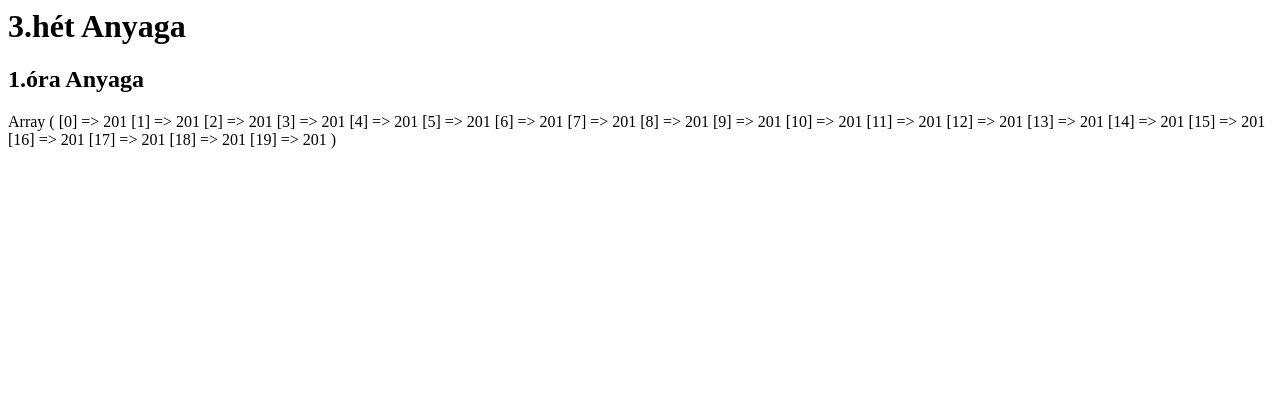
Repository: doomhyena/htdocs
Page: http://localhost/03.Week/index.php
The author's editor kept a copy of each file at every save. The page is drawn from the files as they stood at one save, then again after the next save.
The browser window is 1280 px wide. The pictures show the whole page.
The page is run by PHP 8.4 with error messages shown; the project is at /var/www/html/.

Above is the page before, as saved 2024-09-16 12:14:31.

After the next save:
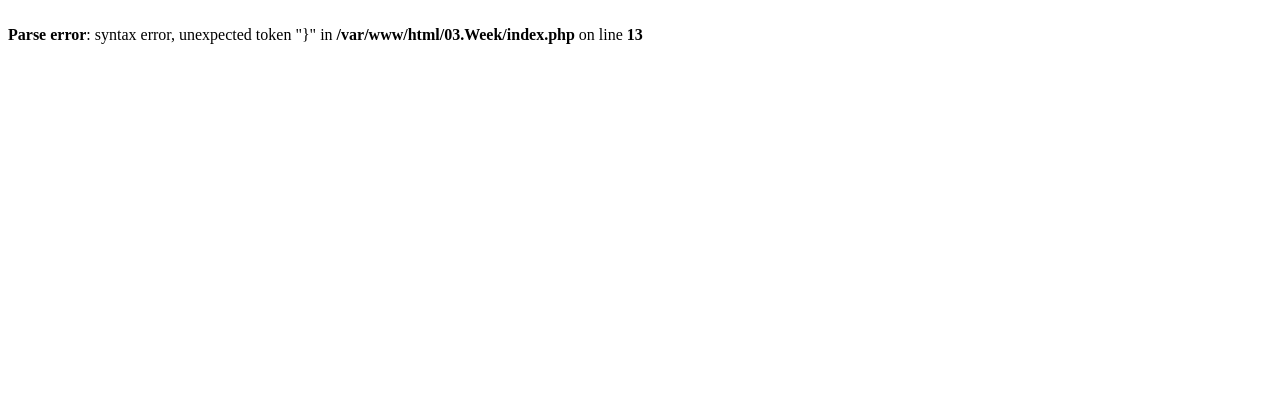
Saved 51 s later.
--- a/03.Week/index.php
+++ b/03.Week/index.php
@@ -9,6 +9,6 @@
 
 for ($i = 0; $i < 20; $i++) {
     array_push($list, $randomnumber);
+    print_r($list)
 }
-print_r($list)
 ?>

After the save that followed:
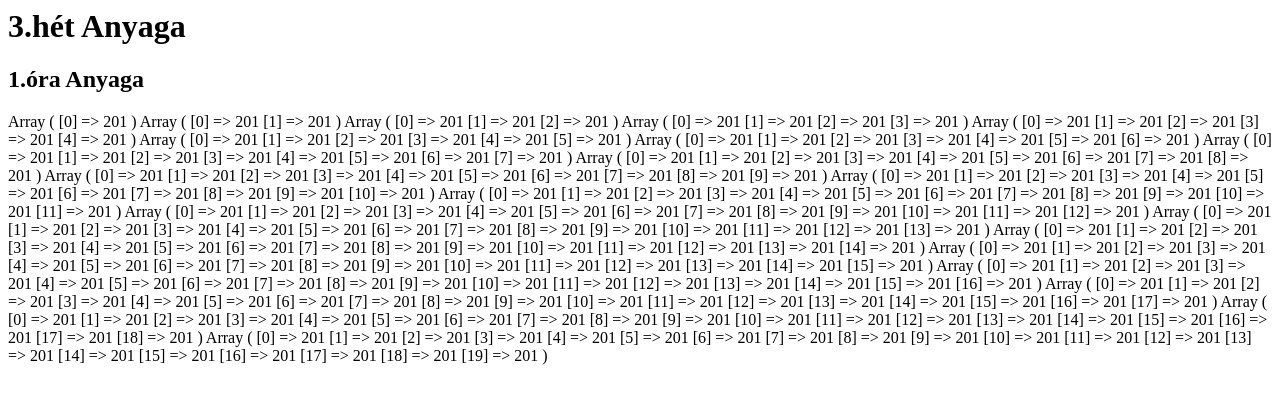
Saved 10 s later.
--- a/03.Week/index.php
+++ b/03.Week/index.php
@@ -9,6 +9,6 @@
 
 for ($i = 0; $i < 20; $i++) {
     array_push($list, $randomnumber);
-    print_r($list)
+    print_r($list);
 }
 ?>
